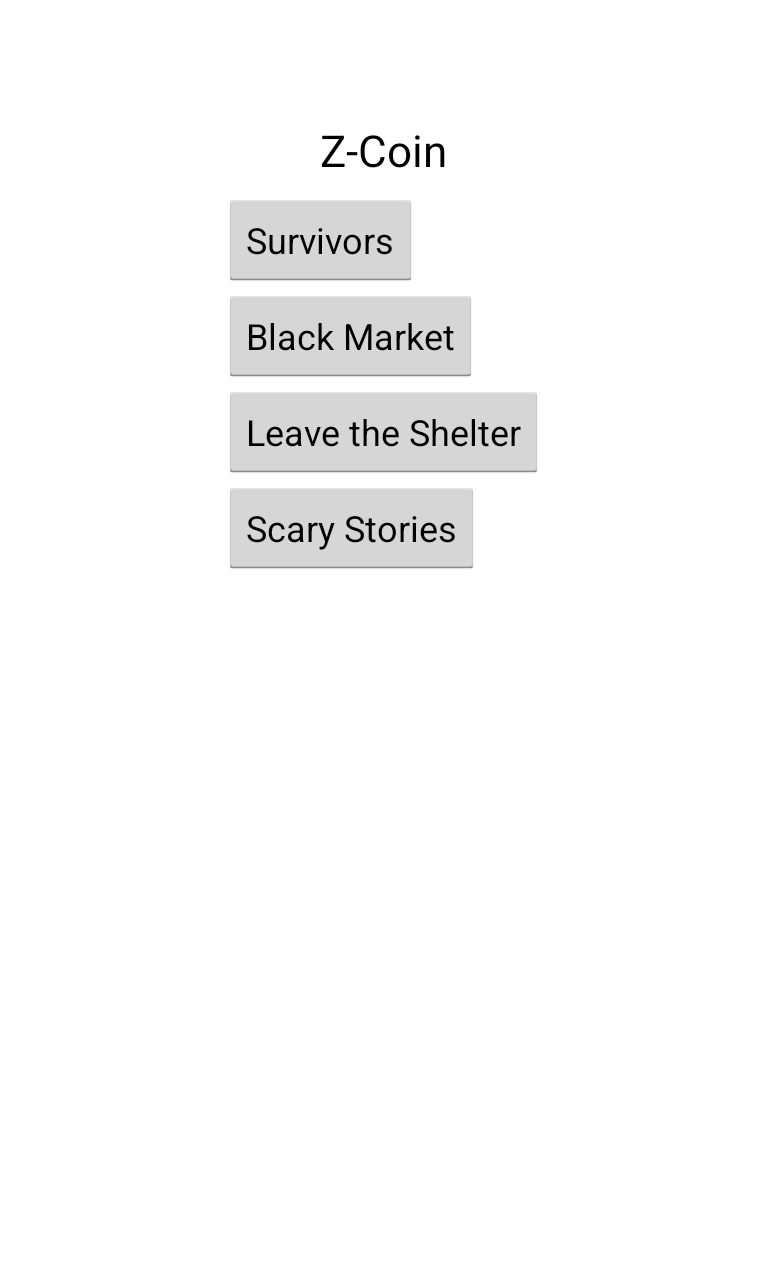
Repository: hekaiyue/Zombie-Coin
Layout: Android Workspace/ZCoins/res/layout/activity_main.xml
An editor plug-in stored every save of this project. The layout is shown before and after the next save, followed by the edit.
It is drawn on a 768 x 1280 px phone screen (xhdpi) without system bars, with theme AppTheme; the app's code is not run.

Above is the layout before, as saved 2014-02-01 13:09:03.

### Android Workspace/ZCoins/res/layout/activity_main.xml
<RelativeLayout xmlns:android="http://schemas.android.com/apk/res/android"
    xmlns:tools="http://schemas.android.com/tools"
    android:layout_width="match_parent"
    android:layout_height="match_parent"
    android:paddingBottom="@dimen/activity_vertical_margin"
    android:paddingLeft="@dimen/activity_horizontal_margin"
    android:paddingRight="@dimen/activity_horizontal_margin"
    android:paddingTop="@dimen/activity_vertical_margin"
    tools:context=".MainActivity" >

    <TextView
        android:id="@+id/textView1"
        android:layout_width="wrap_content"
        android:layout_height="wrap_content"
        android:layout_alignParentTop="true"
        android:layout_centerHorizontal="true"
        android:layout_marginTop="44dp"
        android:text="@string/app_name"
        android:textAppearance="?android:attr/textAppearanceLarge" />

    <LinearLayout
        android:layout_width="wrap_content"
        android:layout_height="wrap_content"
        android:layout_centerHorizontal="true"
        android:layout_marginBottom="17dp"
        android:layout_marginTop="80dp"
        android:orientation="vertical" >

        <Button
            android:id="@+id/button1"
            android:layout_width="wrap_content"
            android:layout_height="wrap_content"
            android:text="@string/friends_list" />

        <Button
            android:id="@+id/button2"
            android:layout_width="wrap_content"
            android:layout_height="wrap_content"
            android:text="@string/store" />

        <Button
            android:id="@+id/button3"
            android:layout_width="wrap_content"
            android:layout_height="wrap_content"
            android:onClick="mineZCoins"
            android:text="@string/mine" />

        <Button
            android:id="@+id/button4"
            android:layout_width="wrap_content"
            android:layout_height="wrap_content"
            android:text="@string/history" />

    </LinearLayout>

</RelativeLayout>

### Android Workspace/ZCoins/res/values/strings.xml
<?xml version="1.0" encoding="utf-8"?>
<resources>

    <string name="app_name">Z-Coin</string>
    <string name="action_settings">Settings</string>
    <string name="hello_world">Hello world!</string>
    <string name="store">Black Market</string>
    <string name="friends_list">Survivors</string>
    <string name="history">Scary Stories</string>
    <string name="mine">Leave the Shelter</string>
    <string name="title_activity_mine">The Outside World</string>
    <string name="timer">How Long</string>
    <string name="get_started">To get started, log in using Facebook</string>
    <string name="title_activity_friends_list">Survivors</string>
    <string name="edit_message">andrew id</string>

</resources>

Loaded but not shown: Android Workspace/ZCoins/res/values/styles.xml (common file); Android Workspace/ZCoins/res/values-v11/styles.xml (common file); Android Workspace/ZCoins/res/values-v14/styles.xml (common file); Android Workspace/ZCoins/res/values/dimens.xml (common file)

After the next save:
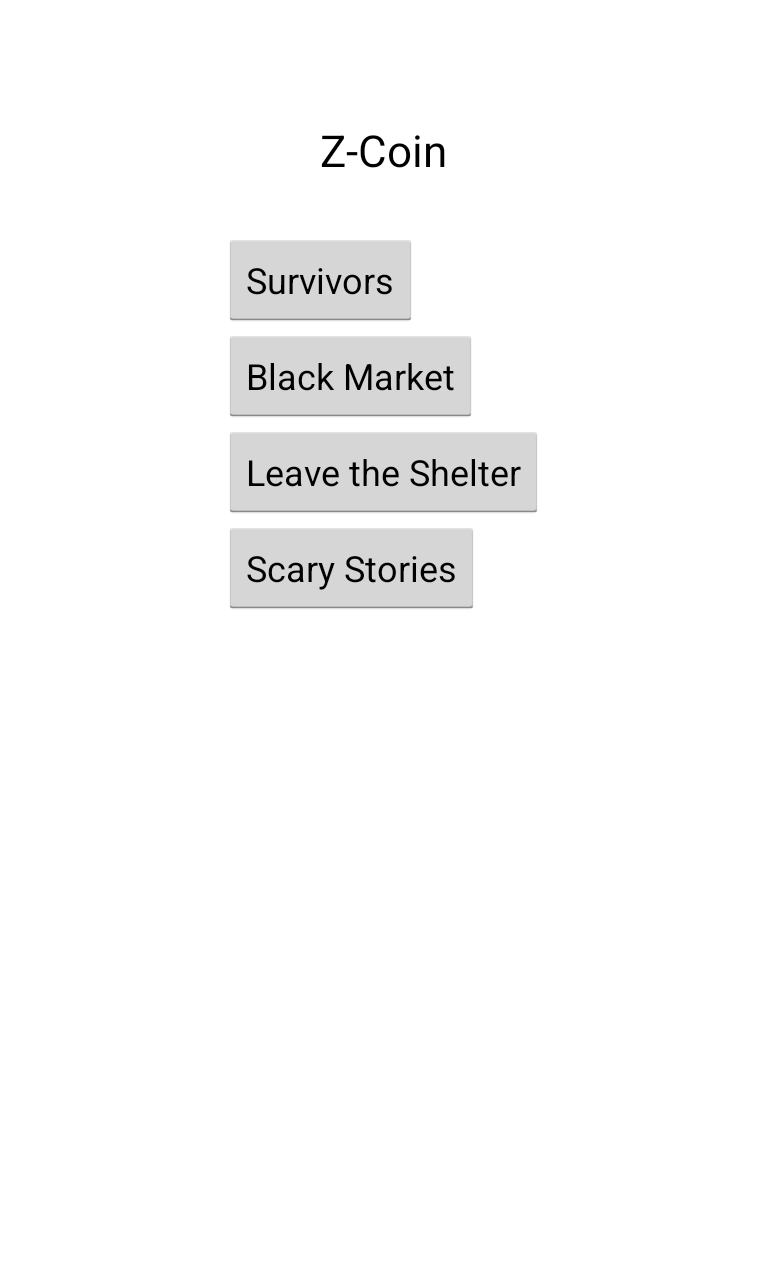
Saved 8 s later.
--- a/Android Workspace/ZCoins/res/layout/activity_main.xml
+++ b/Android Workspace/ZCoins/res/layout/activity_main.xml
@@ -23,7 +23,7 @@
         android:layout_height="wrap_content"
         android:layout_centerHorizontal="true"
         android:layout_marginBottom="17dp"
-        android:layout_marginTop="80dp"
+        android:layout_marginTop="100dp"
         android:orientation="vertical" >
 
         <Button
